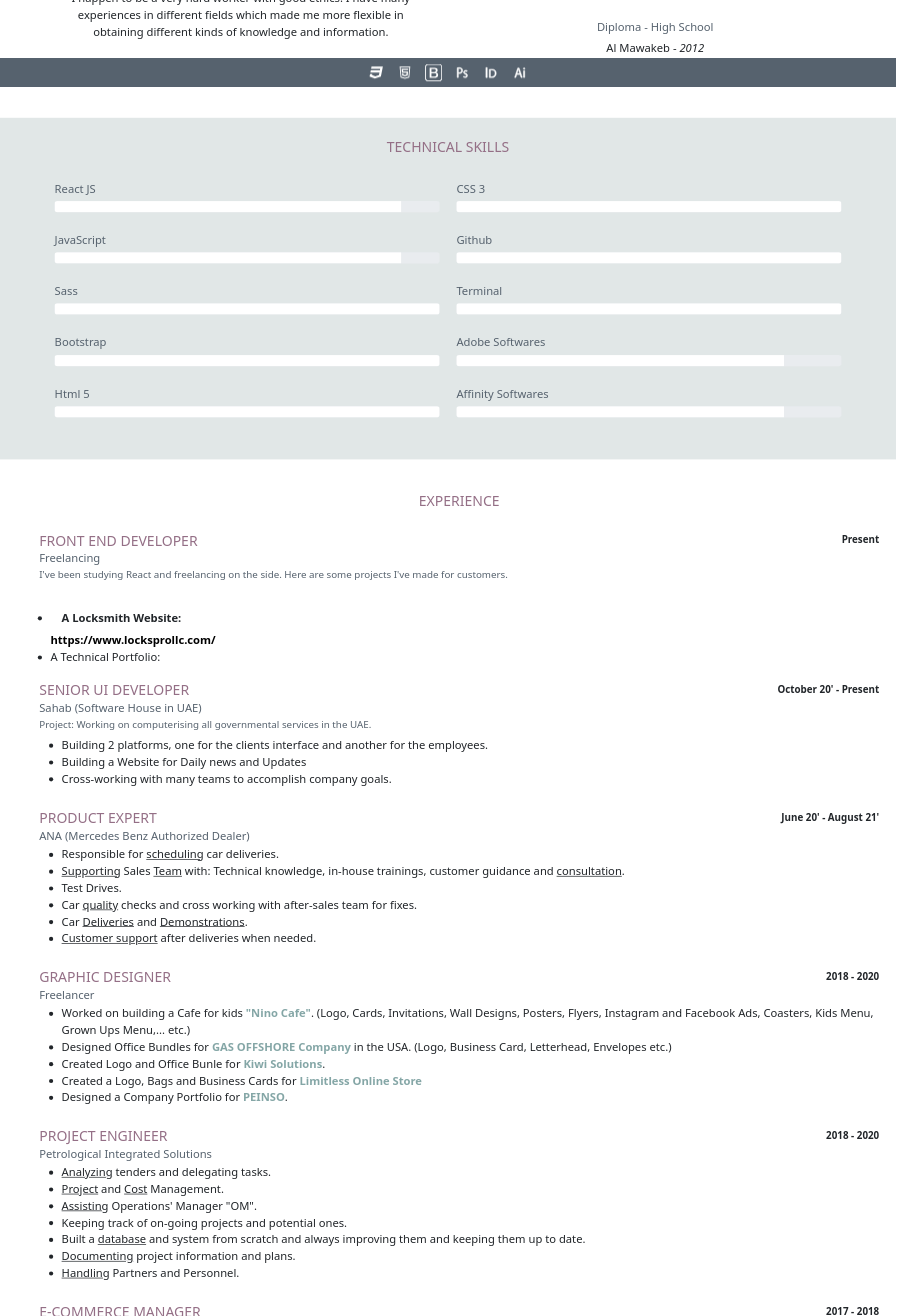
Repository: aya7abbal/my-old-portfolio
Page: resume.html
An editor plug-in stored every save of this project. The page is shown before and after the next save, followed by the edit.
The browser window is 1280 px wide. The page is 1296 px wide, so the pictures cover 1296 px, including what lies to the right of the window. The pictures show the part of the page from y = 595 to 2475 px (the page is 3115 px tall), at 70% of full size.
Some web fonts or font styles are not loaded; a fallback is used. Some web libraries are served in a nearby version. The style sheet was rebuilt from its Sass, Less or Tailwind sources for each picture, by a compiler version that may differ from the author's.

Above is the page before, as saved 2022-07-07 23:48:46.

After the next save:
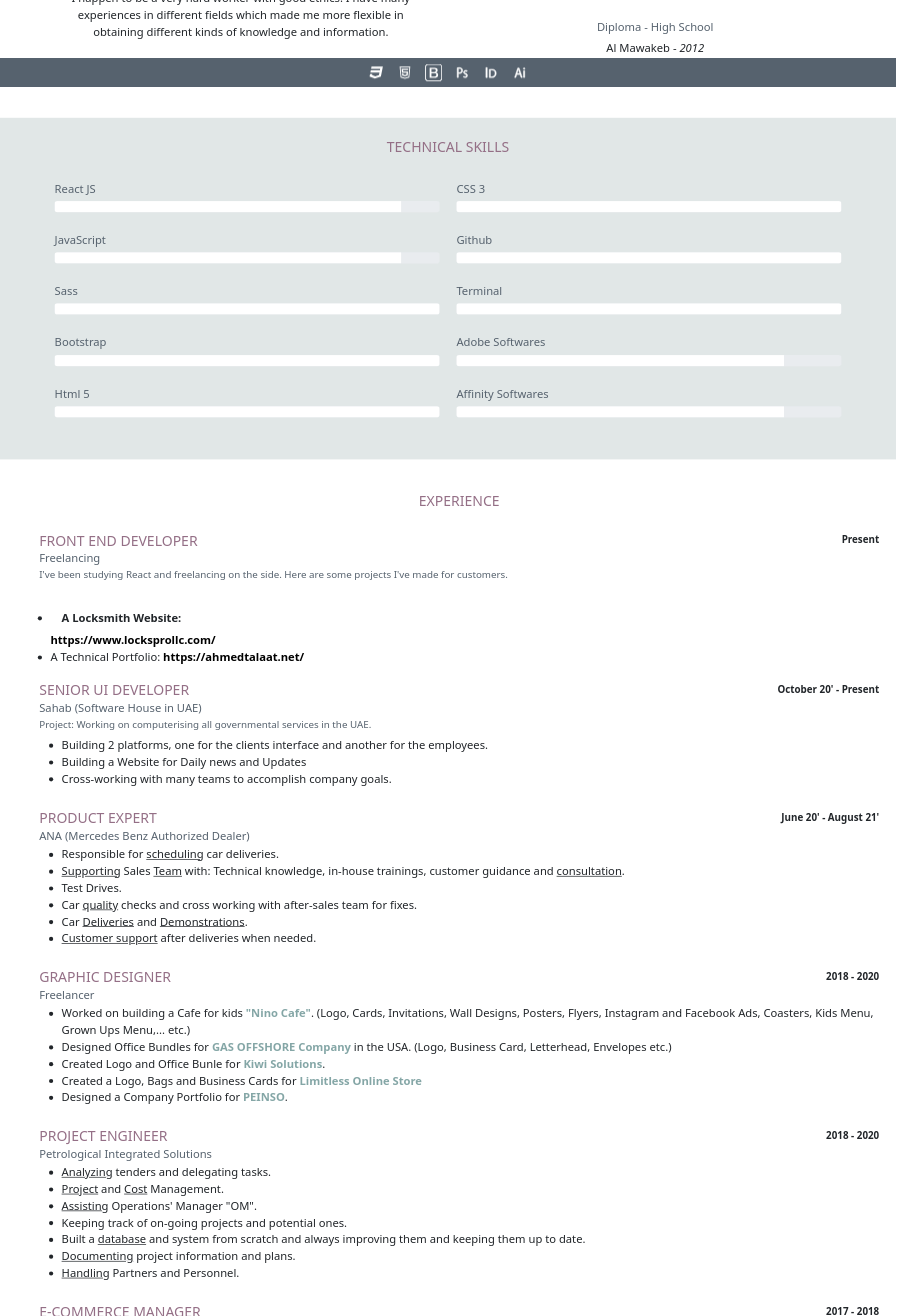
Saved 10 s later.
--- a/resume.html
+++ b/resume.html
@@ -359,7 +359,7 @@
     <h6><small>I've been studying React and freelancing on the side. Here are some projects I've made for customers.</small> </h6>
     <ul class="exp">
         <li>A Locksmith Website: <a href="https://www.locksprollc.com/">https://www.locksprollc.com/</a></li>
-        <li>A Technical Portfolio: <a href="https://ahmedtalaat.net/ "></a></li>
+        <li>A Technical Portfolio: <a href="https://ahmedtalaat.net/ ">https://ahmedtalaat.net/ </a></li>
 
 
 
